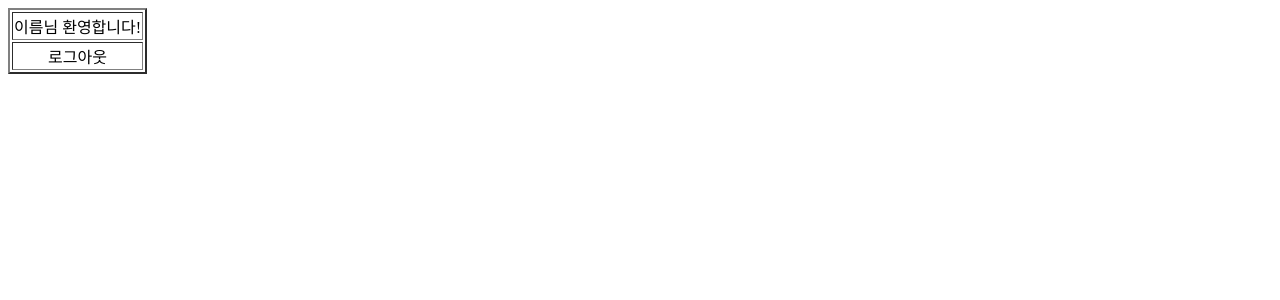
Repository: Jipumpkin/WebServer
Page: http://localhost/JSP2/main.jsp
An editor plug-in stored every save of this project. The page is shown before and after the next save, followed by the edit.
The browser window is 1280 px wide. The pictures show the whole page.
The page is served by Tomcat 9.

Above is the page before, as saved 2024-08-07 03:14:47.

After the next save:
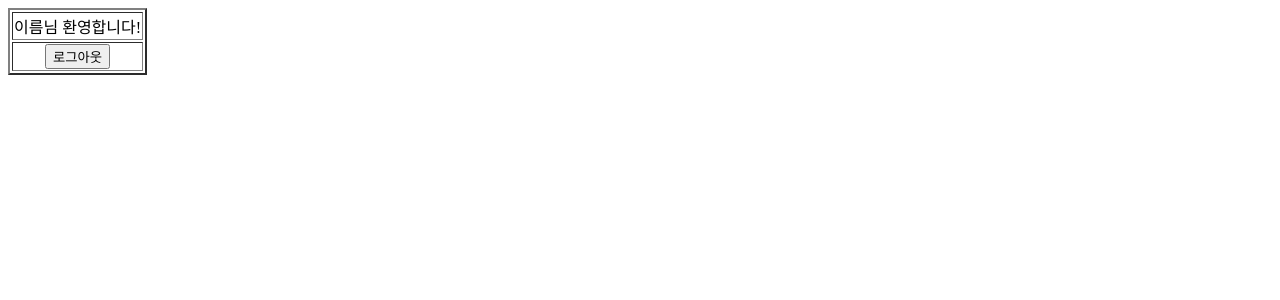
Saved 18 s later.
--- a/JSP2/src/main/webapp/main.jsp
+++ b/JSP2/src/main/webapp/main.jsp
@@ -20,7 +20,7 @@
 			<td><%="이름" %>님 환영합니다!</td>
 		</tr>
 		<tr>
-			<td class = "LG">로그아웃</td>
+			<td class = "LG"><button>로그아웃</button> </td>
 		</tr>
 
 	</table>
